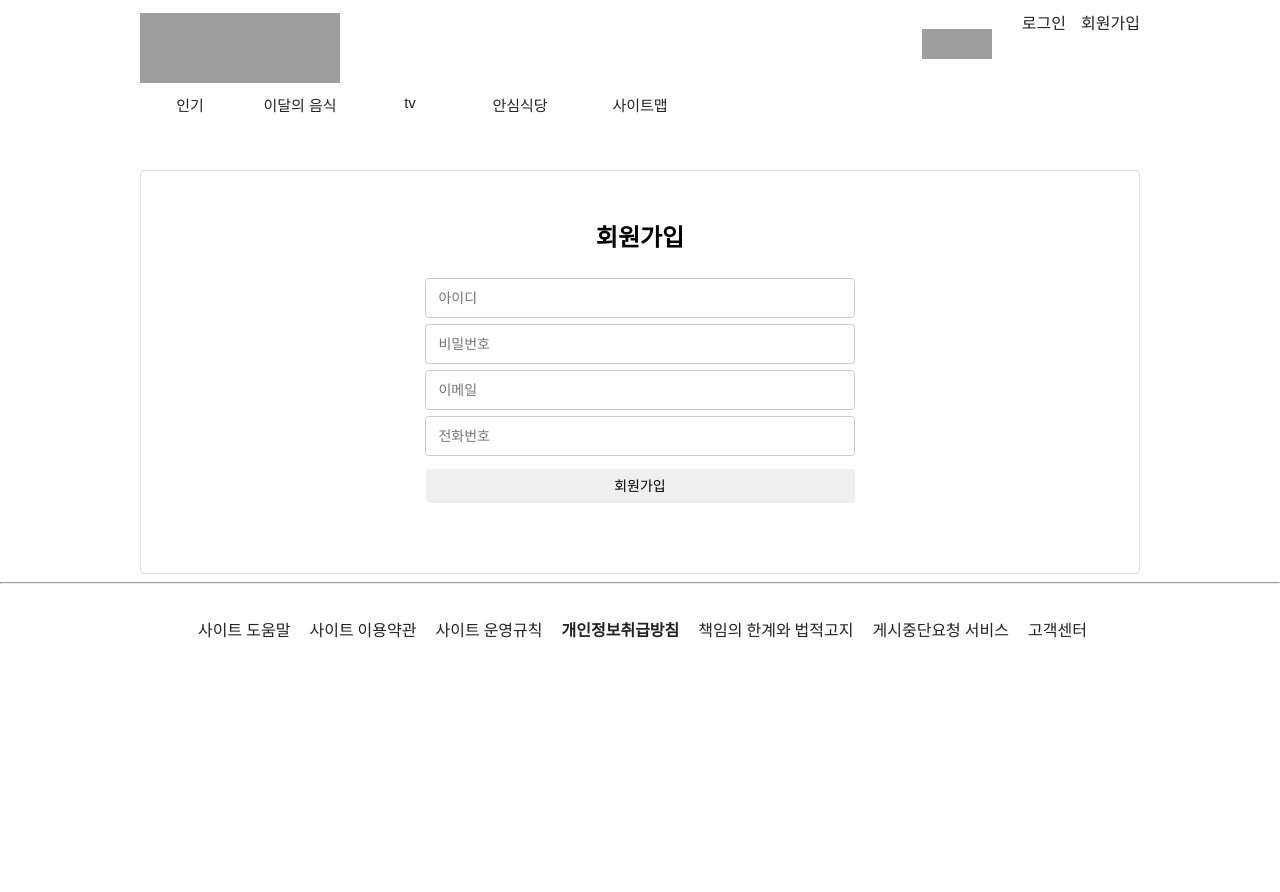
Repository: Kimhyoenjeong/proj-git
Page: http://localhost/morae/join.jsp
These files come from the project's save history. The page is drawn as it stood at one moment and after the next save; the edit follows.
The browser window is 1280 px wide. The pictures show the whole page.
Pictures or frames that could not be fetched are drawn as grey boxes. Some web fonts or font styles are not loaded; a fallback is used. The page is served by Tomcat 9.

Above is the page before, as saved 2022-07-17 10:22:46.

After the next save:
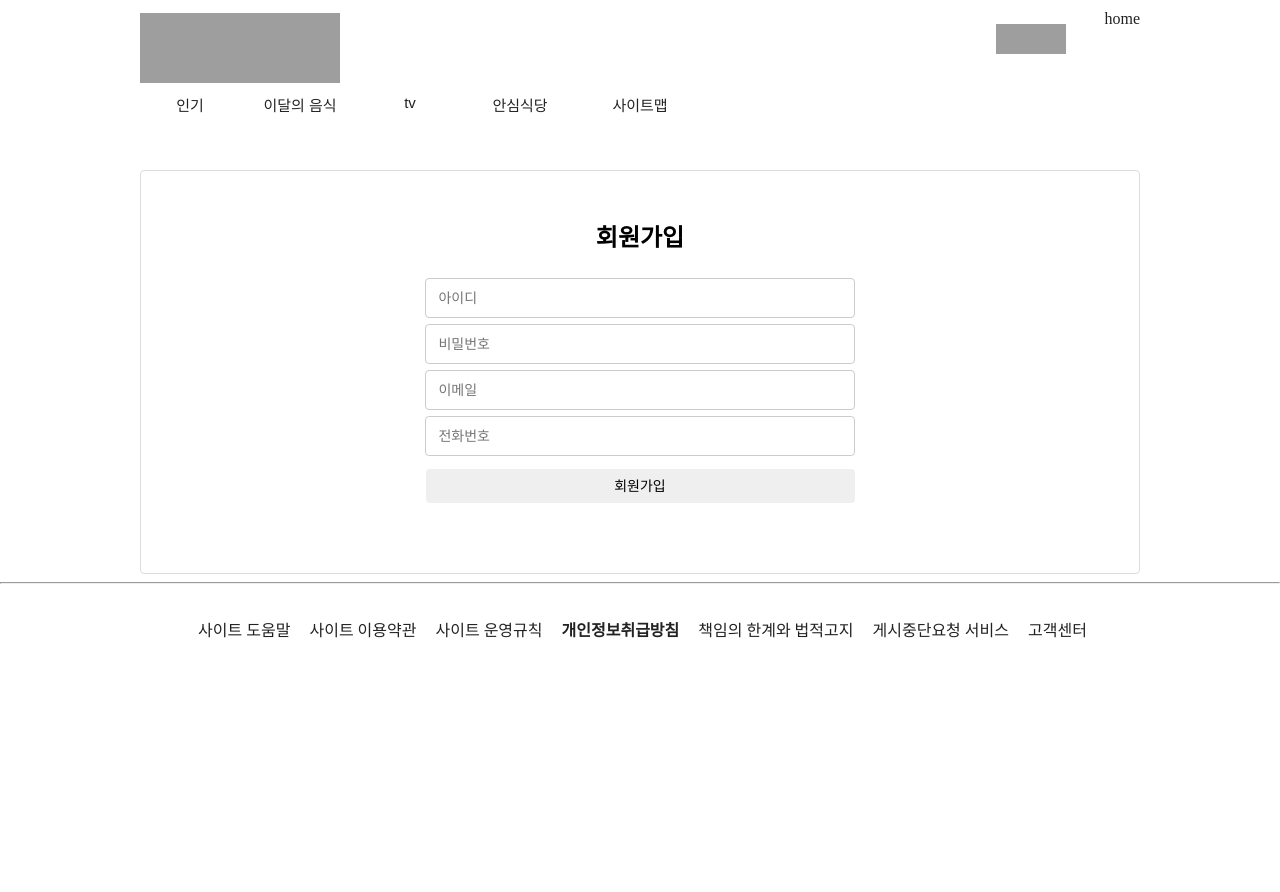
Saved 13 s later.
--- a/morae/src/main/webapp/join.jsp
+++ b/morae/src/main/webapp/join.jsp
@@ -38,8 +38,7 @@
            <!-- header-title-->
            <div class="header-menu">
               <a href="#" class="search"><span class="ir_pm">search</span></a>
-              <a href="login.jsp" class="login">로그인</a>
-              <a href="join.jsp" class="join">회원가입</span></a>
+              <a href="#" class="home">home</a>
            </div>
           </div>
       </div>
